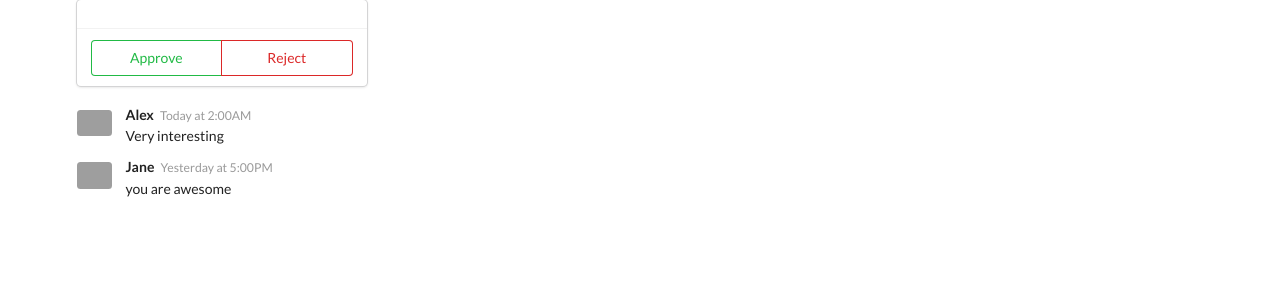
Repository: EgorSherstnev/Components
Page: /
The author's editor kept a copy of each file at every save. The page is drawn from the files as they stood at one save, then again after the next save.
The browser window is 1280 px wide. The pictures show the whole page.
Pictures or frames that could not be fetched are drawn as grey boxes. The project was rebuilt for these pictures with package versions that can differ from the ones it lists, and the page was loaded fresh each time.

Above is the page before, as saved 2022-09-19 22:37:40.

After the next save:
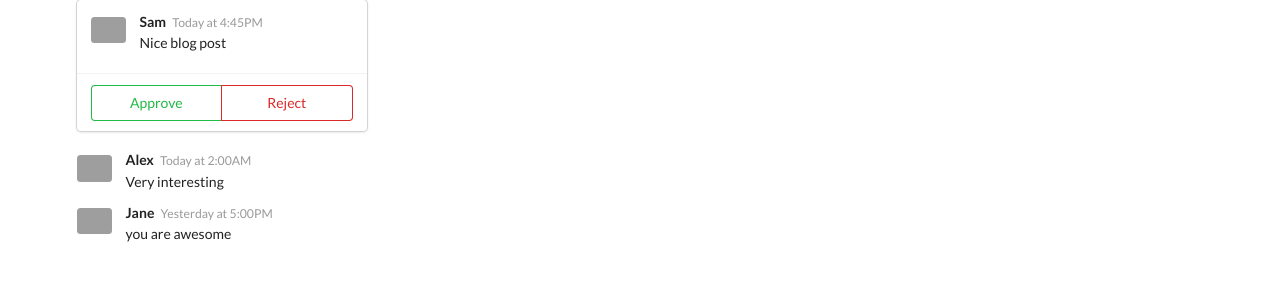
Saved 62 s later.
--- a/src/ApprovalCard.js
+++ b/src/ApprovalCard.js
@@ -1,11 +1,10 @@
 import React from "react";
 
 const ApprovalCard = props => {
-    console.log(props.children);
     return (
         <div className="ui card">
             <div className="content">
-                {props.children.content}
+                {props.children}
             </div>
             <div className="extra content">
                 <div className="ui two buttons">
